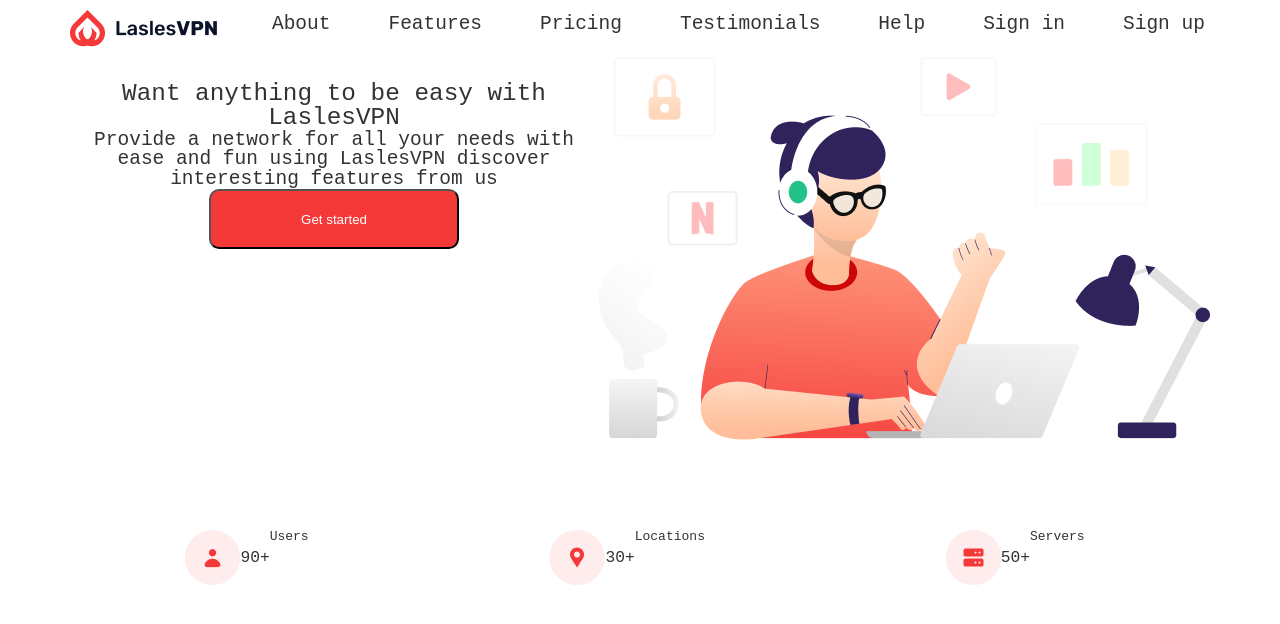
Repository: RaphaelMatheus-br/LP-251123
Page: index.html
An editor plug-in stored every save of this project. The page is shown before and after the next save, followed by the edit.
The browser window is 1280 px wide. The pictures show the whole page.

Above is the page before, as saved 2023-11-25 13:19:43.

After the next save:
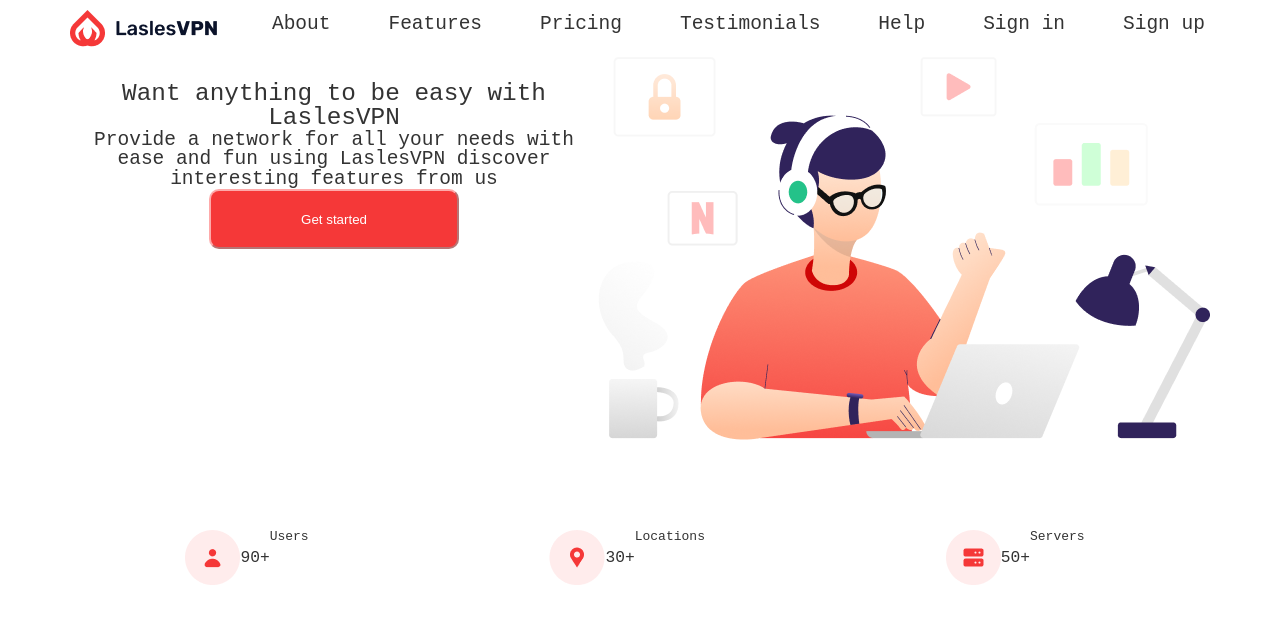
Saved 71 s later.
--- a/style.css
+++ b/style.css
@@ -86,6 +86,7 @@
 height: 60px;
 flex-shrink: 0;
 border-radius: 10px;
+border-color: rgba(255, 193, 193, 0.842);
 background: #F53838;
 color: white;
 }
